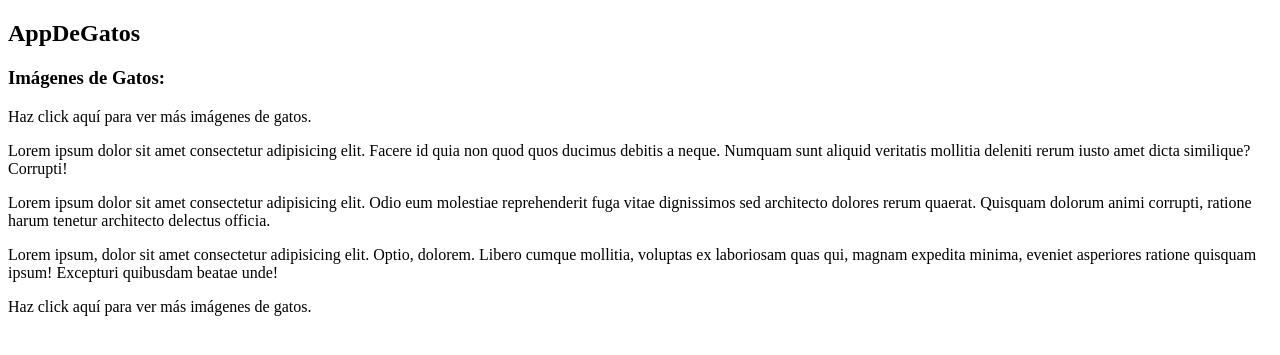
Repository: pedro-donoso/curso-html---css
Page: index.html
These files come from the project's save history. The page is drawn as it stood at one moment and after a run of saves; the edit follows.
The browser window is 1280 px wide. The pictures show the whole page.

Above is the page before, as saved 2023-11-03 10:28:18.

After the next 2 saves:
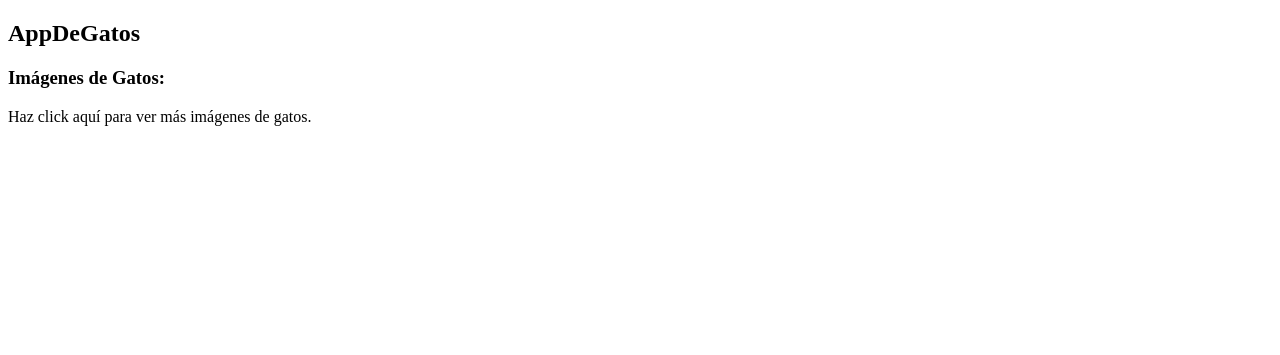
The 2 saves are shown as one change because they came seconds apart.
The last was saved 15 s later.
--- a/index.html
+++ b/index.html
@@ -12,11 +12,5 @@
         <!-- TODO: Agregar enlace a imágenes de gatos -->
           <p>Haz click aquí para ver más imágenes de gatos.</p>
     </main>
-
-
-    <p>Lorem ipsum dolor sit amet consectetur adipisicing elit. Facere id quia non quod quos ducimus debitis a neque. Numquam sunt aliquid veritatis mollitia deleniti rerum iusto amet dicta similique? Corrupti!</p>
-    <p>Lorem ipsum dolor sit amet consectetur adipisicing elit. Odio eum molestiae reprehenderit fuga vitae dignissimos sed architecto dolores rerum quaerat. Quisquam dolorum animi corrupti, ratione harum tenetur architecto delectus officia.</p>
-    <p>Lorem ipsum, dolor sit amet consectetur adipisicing elit. Optio, dolorem. Libero cumque mollitia, voluptas ex laboriosam quas qui, magnam expedita minima, eveniet asperiores ratione quisquam ipsum! Excepturi quibusdam beatae unde!</p>
-    <p>Haz click aquí para ver más imágenes de gatos.</p>
 </body>
 </html>
